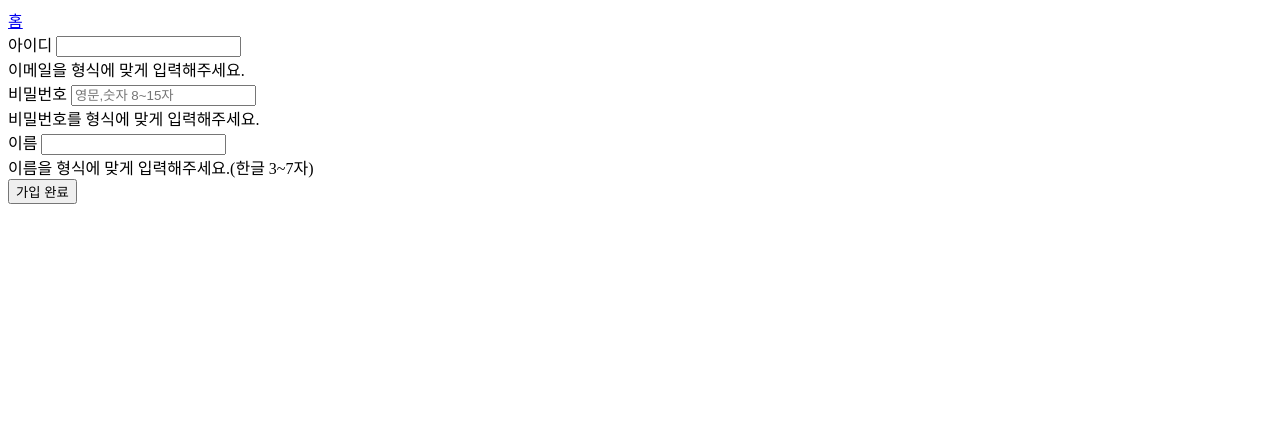
Repository: PacJ/spring_project
Page: http://localhost/spring_project/WEB-INF/views/user/signup.jsp
An editor plug-in stored every save of this project. The page is shown before and after the next save, followed by the edit.
The browser window is 1280 px wide. The pictures show the whole page.
The page is served by Tomcat 9. Nobody is signed in. The template is opened directly, without the code that normally fills it, so the values that code supplies are empty.

Above is the page before, as saved 2023-03-02 05:25:38.

After the next save:
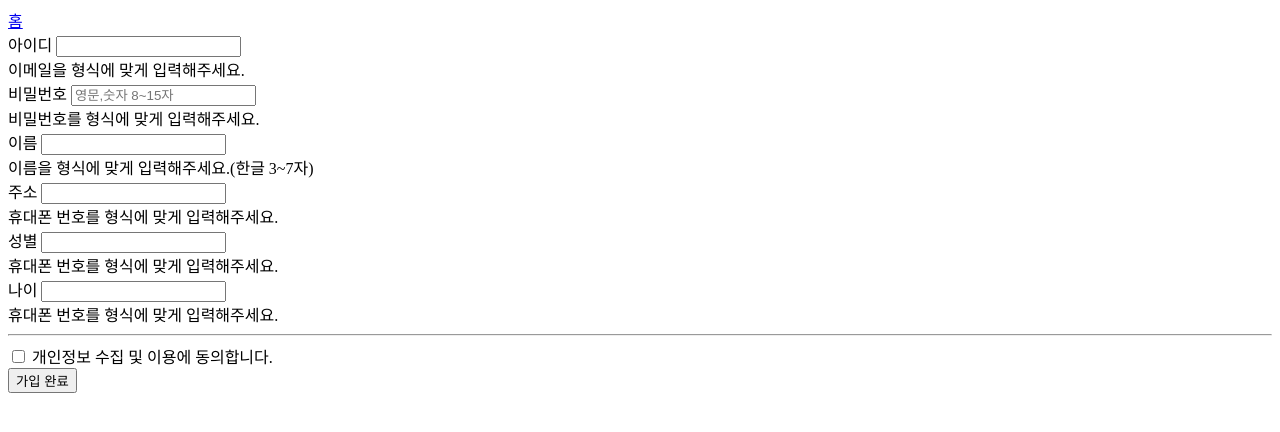
Saved 59 s later.
--- a/spring_project/src/main/webapp/WEB-INF/views/user/signup.jsp
+++ b/spring_project/src/main/webapp/WEB-INF/views/user/signup.jsp
@@ -47,7 +47,7 @@
 
 
 
-<!-- 	          <div class="mb-3">
+	          <div class="mb-3">
 	            <label for="address">주소</label>
 	            <input type="text" class="form-control" name="userAdress"  pattern="^010[0-9]{8}$" placeholder="" required>
 	            <div class="invalid-feedback">
@@ -78,7 +78,7 @@
 	            <label class="custom-control-label" for="aggrement">개인정보 수집 및 이용에 동의합니다.</label>
 	          </div>
 	          <div class="mb-4">
-	          <input type="hidden" name="memberType" value="1" /> -->
+	          <input type="hidden" name="memberType" value="1" />
 	           <button class="btn btn-dark btn-lg btn-block" type="submit">가입 완료</button>
 	           </div>
 	        </div>
